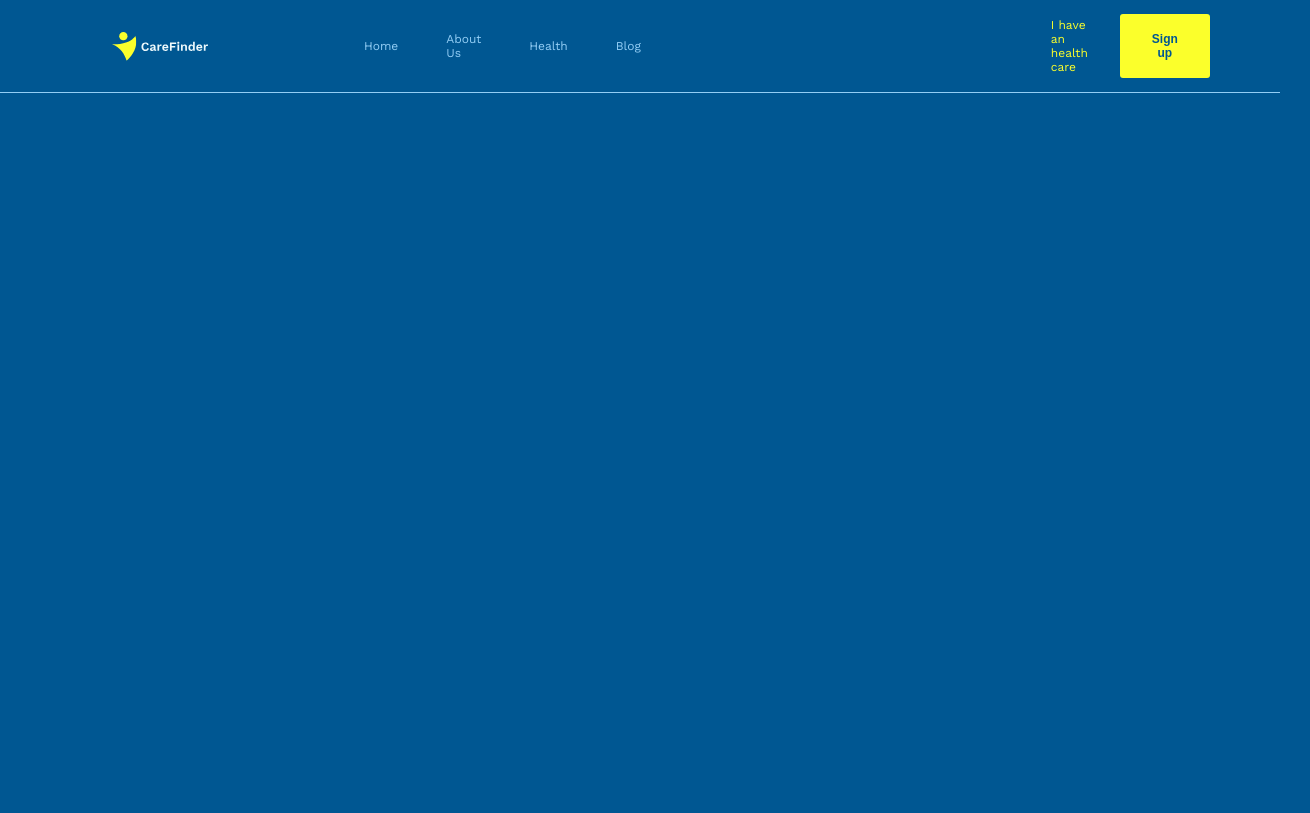
Repository: PreciousOritsedere/Carefinder-App
Page: /
These files come from the project's save history. The page is drawn as it stood at one moment and after the next save; the edit follows.
The browser window is 1280 px wide. The page is 1280 px wide, then 1310 px, so the pictures cover 1310 px, including what lies to the right of the window. The pictures show the whole page.
The project was rebuilt for these pictures with package versions that can differ from the ones it lists, and the page was loaded fresh each time. The framework's server and built-in components were replaced by stand-ins that run in the browser. Also part of the build but not shown: next.config.js, src/Components/Nav_Menu/NavMenu.js.

Above is the page before, as saved 2023-06-12 19:56:22.

After the next save:
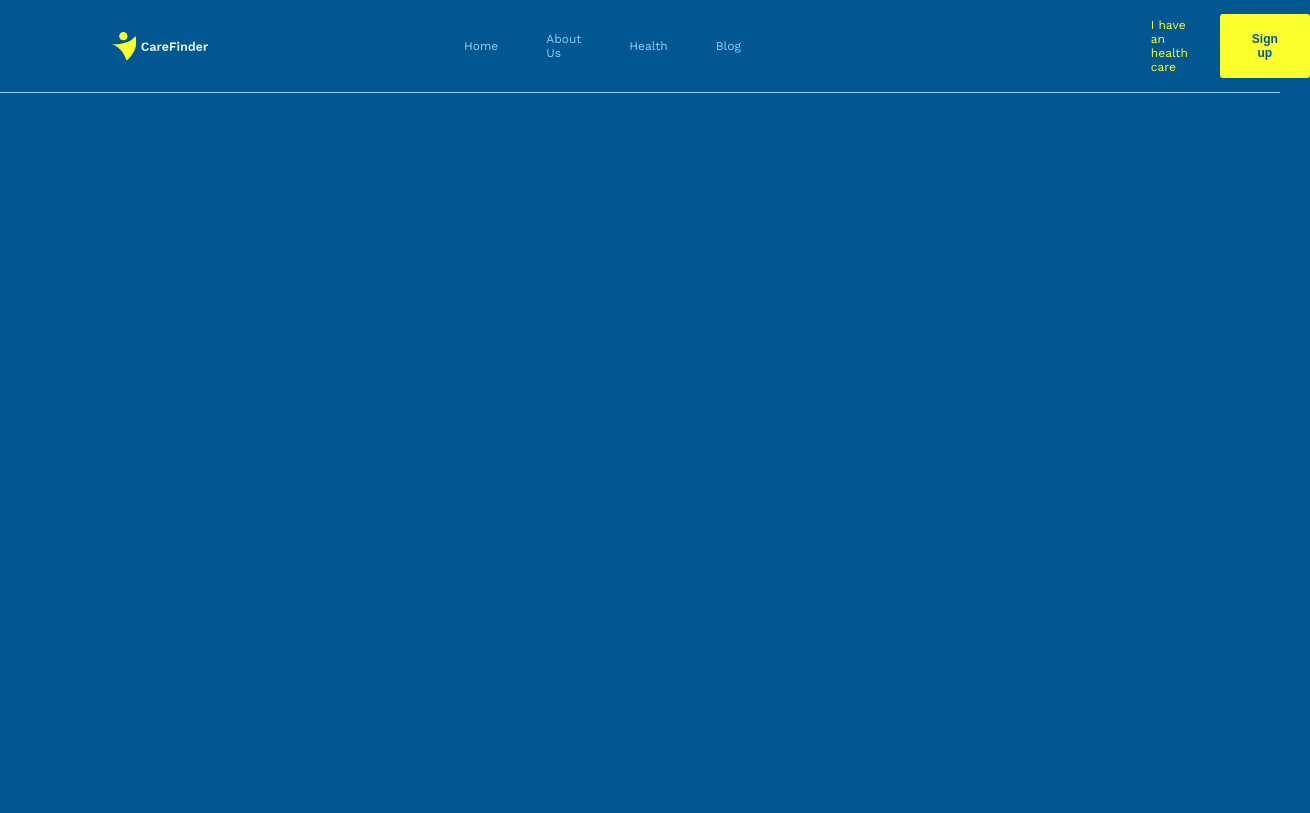
Saved 5 s later.
--- a/src/Components/Nav/Nav.module.css
+++ b/src/Components/Nav/Nav.module.css
@@ -66,7 +66,7 @@
 @media screen and (min-width: 768px) {
   .nav {
 
-    gap: 130px;
+    gap: 230px;
     padding: 0 110px;
   }
 
